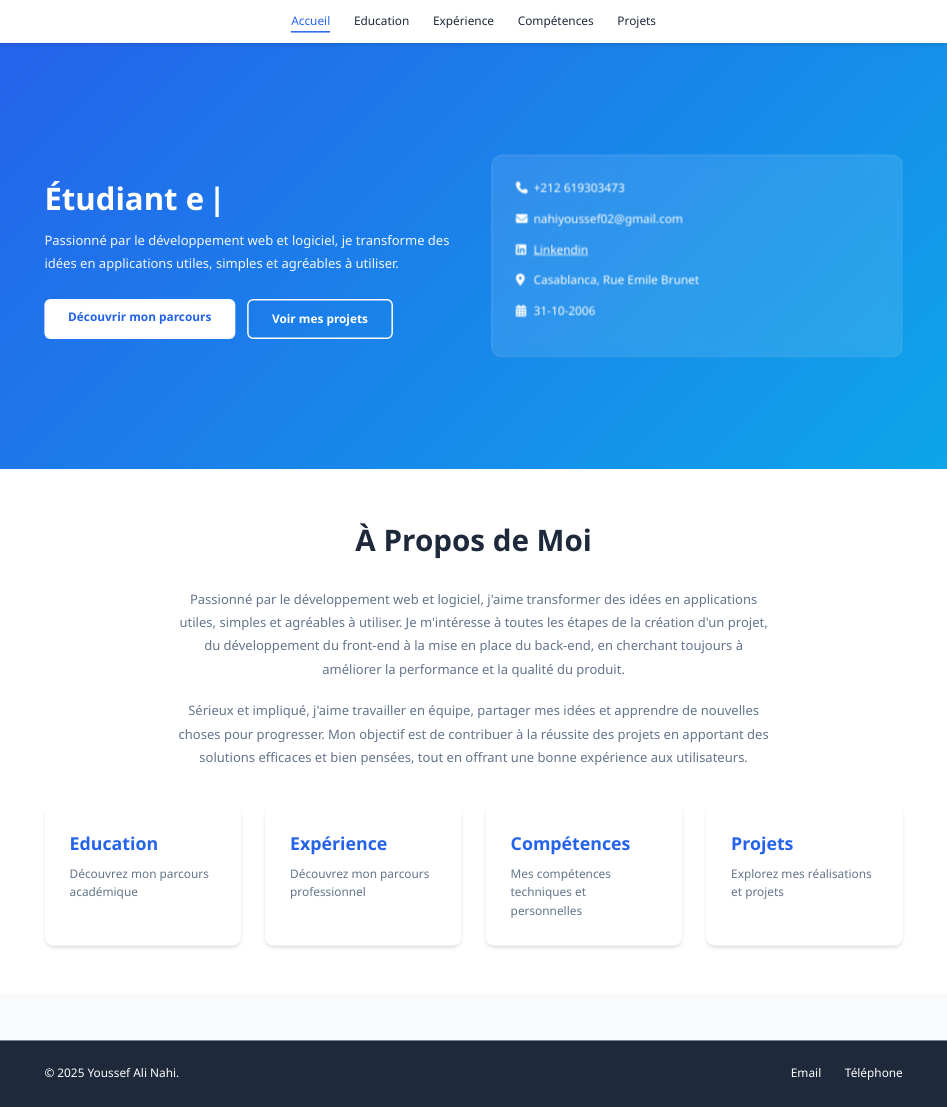
Repository: Youssef-Nahi504/My_Portfolio
Page: index.html
These files come from the project's save history. The page is drawn as it stood at one moment and after the next save; the edit follows.
The browser window is 1280 px wide. The pictures show the whole page, at 74% of full size.

Above is the page before, as saved 2025-12-21 14:37:39.

### index.html
<!DOCTYPE html>
<html lang="fr">

<head>
    <meta charset="UTF-8">
    <meta name="viewport" content="width=device-width, initial-scale=1.0">
    <title>Youssef Ali Nahi - Portfolio</title>
    <link rel="stylesheet" href="style.css">
    <link rel="stylesheet" href="https://cdnjs.cloudflare.com/ajax/libs/font-awesome/6.5.1/css/all.min.css">
</head>

<body>
    <nav class="navbar">
        <div class="nav-container">
            <ul class="nav-menu">
                <li><a href="index.html" class="active">Accueil</a></li>
                <li><a href="Education.html">Education</a></li>
                <li><a href="experience.html">Expérience</a></li>
                <li><a href="competences.html">Compétences</a></li>
                <li><a href="projets.html">Projets</a></li>
            </ul>
        </div>
    </nav>

    <main>
        <section class="hero">
            <div class="hero-content">
                <div class="hero-text">
                    <h1 id="typing-text"></h1>
                    <!-- <h1>Youssef Ali Nahi</h1>
                    <h2>Étudiant en BTS | Développeur Web & Logiciel</h2> -->
                    <p class="hero-subtitle">Passionné par le développement web et logiciel, je transforme des idées en
                        applications utiles, simples et agréables à utiliser.</p>
                    <div class="hero-buttons">
                        <a href="experience.html" class="btn btn-primary">Découvrir mon parcours</a>
                        <a href="projets.html" class="btn btn-secondary">Voir mes projets</a>
                    </div>
                </div>
                <div class="hero-image">
                    <div class="profile-card">
                        <div class="profile-info">
                            <p><i class="fa-solid fa-phone" style="width: 20px;"></i> +212 619303473</p>
                            <p> <i class="fa-solid fa-envelope" style="width: 20px;"></i> nahiyoussef02@gmail.com</p>
                            <p><i class="fa-brands fa-linkedin" style="width: 20px;"></i> <a href="https://www.linkedin.com/in/youssefalinahi02/" target="_blank" style="color: white;">Linkendin</a></p>
                            <p><i class="fa-solid fa-location-dot" style="width: 20px;"></i> Casablanca, Rue Emile Brunet</p>
                            <p><i class="fa-solid fa-calendar-days" style="width: 20px;"></i> 31-10-2006</p>

                        </div>
                    </div>
                </div>
            </div>
        </section>

        <section class="about">
            <div class="container">
                <h2 class="section-title">À Propos de Moi</h2>
                <div class="about-content">
                    <p>
                        Passionné par le développement web et logiciel, j'aime transformer des idées en applications
                        utiles, simples et agréables à utiliser. Je m'intéresse à toutes les étapes de la création d'un
                        projet, du développement du front-end à la mise en place du back-end, en cherchant toujours à
                        améliorer la performance et la qualité du produit.
                    </p>
                    <p>
                        Sérieux et impliqué, j'aime travailler en équipe, partager mes idées et apprendre de nouvelles
                        choses pour progresser. Mon objectif est de contribuer à la réussite des projets en apportant
                        des solutions efficaces et bien pensées, tout en offrant une bonne expérience aux utilisateurs.
                    </p>
                </div>
                <div class="quick-links">
                    <a href="Education.html" class="quick-link-card">
                        <h3>Education</h3>
                        <p>Découvrez mon parcours académique</p>
                    </a>

                    <a href="experience.html" class="quick-link-card">
                        <h3>Expérience</h3>
                        <p>Découvrez mon parcours professionnel</p>
                    </a>
                    <a href="competences.html" class="quick-link-card">
                        <h3>Compétences</h3>
                        <p>Mes compétences techniques et personnelles</p>
                    </a>
                    <a href="projets.html" class="quick-link-card">
                        <h3>Projets</h3>
                        <p>Explorez mes réalisations et projets</p>
                    </a>
                </div>
            </div>
        </section>
    </main>

    <footer>
        <div class="container">
            <p>&copy; 2025 Youssef Ali Nahi.</p>
            <div class="footer-links">
                <a href="mailto:nahiyoussef02@gmail.com">Email</a>
                <a href="tel:+212619303473">Téléphone</a>
            </div>
        </div>
    </footer>

    <script src="file.js"></script>
</body>

</html>

### style.css
* {
    margin: 0;
    padding: 0;
    box-sizing: border-box;
}

:root {
    --primary-color: #2563eb;
    --primary-dark: #1e40af;
    --secondary-color: #64748b;
    --accent-color: #0ea5e9;
    --text-dark: #1e293b;
    --text-light: #64748b;
    --bg-light: #f8fafc;
    --bg-white: #ffffff;
    --border-color: #e2e8f0;
    --shadow: 0 4px 6px -1px rgba(0, 0, 0, 0.1), 0 2px 4px -1px rgba(0, 0, 0, 0.06);
    --shadow-lg: 0 10px 15px -3px rgba(0, 0, 0, 0.1), 0 4px 6px -2px rgba(0, 0, 0, 0.05);
}

body {
    font-family: 'Segoe UI', Tahoma, Geneva, Verdana, sans-serif;
    line-height: 1.6;
    color: var(--text-dark);
    background-color: var(--bg-light);
}

.container {
    max-width: 1200px;
    margin: 0 auto;
    padding: 0 20px;
}

/* Navigation */
.navbar {
    background: var(--bg-white);
    box-shadow: var(--shadow);
    position: sticky;
    top: 0;
    z-index: 1000;
    padding: 1rem 0;
}

.nav-container {
    max-width: 1200px;
    margin: 0 auto;
    padding: 0 20px;
    display: flex;
  justify-content: center; /* horizontal */
  align-items: center;
}

.logo {
    font-size: 1.5rem;
    font-weight: bold;
    color: var(--primary-color);
    letter-spacing: 2px;
}

.nav-menu {
    display: flex;
    list-style: none;
    gap: 2rem;
}

.nav-menu a {
    text-decoration: none;
    color: var(--text-dark);
    font-weight: 500;
    transition: color 0.3s ease;
    position: relative;
}

.nav-menu a:hover,
.nav-menu a.active {
    color: var(--primary-color);
}

.nav-menu a.active::after {
    content: '';
    position: absolute;
    bottom: -5px;
    left: 0;
    width: 100%;
    height: 2px;
    background: var(--primary-color);
}

.hamburger {
    display: none;
    flex-direction: column;
    cursor: pointer;
    gap: 4px;
}

.hamburger span {
    width: 25px;
    height: 3px;
    background: var(--text-dark);
    transition: all 0.3s ease;
}

/* Hero Section */
.hero {
    background: linear-gradient(135deg, var(--primary-color) 0%, var(--accent-color) 100%);
    color: white;
    padding: 4rem 0;
    min-height: 80vh;
    display: flex;
    align-items: center;
}

.hero-content {
    max-width: 1200px;
    margin: 0 auto;
    padding: 0 20px;
    display: grid;
    grid-template-columns: 1fr 1fr;
    gap: 3rem;
    align-items: center;
}

#typing-text {
  font-size: 42px;
  font-weight: 700;
  color: #ffffff;
  min-height: 60px;
}

#typing-text::after {
  content: "|";
  margin-left: 6px;
  animation: blink 1s infinite;
}

@keyframes blink {
  0%, 50%, 100% { opacity: 1; }
  25%, 75% { opacity: 0; }
}

.hero-text h1 {
    font-size: 3rem;
    margin-bottom: 0.5rem;
    font-weight: 700;
}

.hero-text h2 {
    font-size: 1.5rem;
    margin-bottom: 1.5rem;
    opacity: 0.9;
    font-weight: 400;
}

.hero-subtitle {
    font-size: 1.1rem;
    margin-bottom: 2rem;
    opacity: 0.95;
    line-height: 1.8;
}

.hero-buttons {
    display: flex;
    gap: 1rem;
    flex-wrap: wrap;
}

.btn {
    padding: 0.75rem 2rem;
    border-radius: 8px;
    text-decoration: none;
    font-weight: 600;
    transition: all 0.3s ease;
    display: inline-block;
}

.btn-primary {
    background: white;
    color: var(--primary-color);
}

.btn-primary:hover {
    transform: translateY(-2px);
    box-shadow: var(--shadow-lg);
}

.btn-secondary {
    background: transparent;
    color: white;
    border: 2px solid white;
}

.btn-secondary:hover {
    background: white;
    color: var(--primary-color);
}

.profile-card {
    background: rgba(255, 255, 255, 0.1);
    backdrop-filter: blur(10px);
    border-radius: 16px;
    padding: 2rem;
    border: 1px solid rgba(255, 255, 255, 0.2);
}

.profile-info p {
    margin-bottom: 1rem;
    font-size: 1rem;
}

.profile-info strong {
    display: inline-block;
    width: 150px;
}

/* About Section */
.about {
    padding: 4rem 0;
    background: var(--bg-white);
}

.section-title {
    font-size: 2.5rem;
    margin-bottom: 2rem;
    text-align: center;
    color: var(--text-dark);
}

.about-content {
    max-width: 800px;
    margin: 0 auto 3rem;
    text-align: center;
}

.about-content p {
    font-size: 1.1rem;
    color: var(--text-light);
    margin-bottom: 1.5rem;
    line-height: 1.8;
}

.quick-links {
    display: grid;
    grid-template-columns: repeat(auto-fit, minmax(250px, 1fr));
    gap: 2rem;
    margin-top: 3rem;
}

.quick-link-card {
    background: var(--bg-white);
    padding: 2rem;
    border-radius: 12px;
    text-decoration: none;
    color: var(--text-dark);
    box-shadow: var(--shadow);
    transition: all 0.3s ease;
    border: 2px solid transparent;
}

.quick-link-card:hover {
    transform: translateY(-5px);
    box-shadow: var(--shadow-lg);
    border-color: var(--primary-color);
}

.quick-link-card h3 {
    color: var(--primary-color);
    margin-bottom: 0.5rem;
    font-size: 1.5rem;
}

.quick-link-card p {
    color: var(--text-light);
}

/* Page Header */
.page-header {
    background: linear-gradient(135deg, var(--primary-color) 0%, var(--accent-color) 100%);
    color: white;
    padding: 3rem 0;
    text-align: center;
}

.page-header h1 {
    font-size: 3rem;
    margin-bottom: 0.5rem;
}

.page-header p {
    font-size: 1.2rem;
    opacity: 0.9;
}

/* Experience Section */
.experience-section {
    padding: 4rem 0;
    background: var(--bg-white);
}

.timeline {
    position: relative;
    max-width: 900px;
    margin: 0 auto;
    padding: 2rem 0;
}

.timeline::before {
    content: '';
    position: absolute;
    left: 30px;
    top: 0;
    bottom: 0;
    width: 2px;
    background: var(--border-color);
}

.timeline-item {
    position: relative;
    margin-bottom: 3rem;
    padding-left: 80px;
}

.timeline-marker {
    position: absolute;
    left: 22px;
    top: 0;
    width: 16px;
    height: 16px;
    border-radius: 50%;
    background: var(--primary-color);
    border: 4px solid var(--bg-white);
    box-shadow: var(--shadow);
}

.timeline-content {
    background: var(--bg-white);
    padding: 2rem;
    border-radius: 12px;
    box-shadow: var(--shadow);
    transition: all 0.3s ease;
}

.timeline-content:hover {
    box-shadow: var(--shadow-lg);
    transform: translateX(5px);
}

.timeline-date {
    color: var(--primary-color);
    font-weight: 600;
    margin-bottom: 0.5rem;
    font-size: 0.9rem;
}

.timeline-content h3 {
    color: var(--text-dark);
    margin-bottom: 0.25rem;
    font-size: 1.5rem;
}

.timeline-content h4 {
    color: var(--text-light);
    margin-bottom: 1rem;
    font-weight: 500;
}

.timeline-content ul {
    list-style: none;
    padding-left: 0;
}

.timeline-content li {
    padding-left: 1.5rem;
    position: relative;
    margin-bottom: 0.5rem;
    color: var(--text-light);
}

.timeline-content li::before {
    content: '▸';
    position: absolute;
    left: 0;
    color: var(--primary-color);
}

/* Education Section */
.education-section {
    padding: 4rem 0;
    background: var(--bg-light);
}

.education-grid {
    display: grid;
    grid-template-columns: repeat(auto-fit, minmax(300px, 1fr));
    gap: 2rem;
    max-width: 900px;
    margin: 0 auto;
}

.education-card {
    background: var(--bg-white);
    padding: 2rem;
    border-radius: 12px;
    box-shadow: var(--shadow);
    transition: all 0.3s ease;
    border-top: 4px solid var(--primary-color);
}

.education-card:hover {
    transform: translateY(-5px);
    box-shadow: var(--shadow-lg);
}

.education-year {
    color: var(--primary-color);
    font-weight: 600;
    margin-bottom: 1rem;
    font-size: 0.9rem;
}

.education-card h3 {
    color: var(--text-dark);
    margin-bottom: 0.5rem;
    font-size: 1.3rem;
}

.education-card h4 {
    color: var(--text-light);
    margin-bottom: 1rem;
    font-weight: 500;
}

.education-institution {
    color: var(--text-light);
    font-style: italic;
}

/* Skills Section */
.skills-section {
    padding: 4rem 0;
    background: var(--bg-white);
}

.skills-category {
    margin-bottom: 4rem;
}

.category-title {
    font-size: 2rem;
    margin-bottom: 2rem;
    color: var(--text-dark);
    text-align: center;
}

.skills-grid {
    display: grid;
    grid-template-columns: repeat(auto-fit, minmax(250px, 1fr));
    gap: 2rem;
}

.skill-group {
    background: var(--bg-light);
    padding: 1.5rem;
    border-radius: 12px;
    border-top: 4px solid var(--primary-color);
}

.skill-group h3 {
    color: var(--text-dark);
    margin-bottom: 1rem;
    font-size: 1.2rem;
}

.skill-tags {
    display: flex;
    flex-wrap: wrap;
    gap: 0.5rem;
}

.skill-tag {
    background: transparent;
    color: var(--text-light);
    padding: 0;
    border-radius: 0;
    font-size: 1rem;
    font-weight: 500;
}

.soft-skills-grid {
    display: grid;
    grid-template-columns: repeat(auto-fit, minmax(200px, 1fr));
    gap: 1.5rem;
}

.soft-skill-card {
    background: linear-gradient(135deg, var(--primary-color) 0%, var(--accent-color) 100%);
    color: white;
    padding: 2rem;
    border-radius: 12px;
    text-align: center;
    transition: all 0.3s ease;
}

.soft-skill-card:hover {
    transform: translateY(-5px);
    box-shadow: var(--shadow-lg);
}

.soft-skill-card h3 {
    font-size: 1.2rem;
}

.languages-grid,
.interests-grid {
    display: grid;
    grid-template-columns: repeat(auto-fit, minmax(200px, 1fr));
    gap: 1.5rem;
}

.language-card,
.interest-card {
    background: var(--bg-white);
    padding: 2rem;
    border-radius: 12px;
    box-shadow: var(--shadow);
    text-align: center;
    transition: all 0.3s ease;
    border-top: 4px solid var(--primary-color);
}

.language-card:hover,
.interest-card:hover {
    transform: translateY(-5px);
    box-shadow: var(--shadow-lg);
}

.language-card h3,
.interest-card h3 {
    color: var(--text-dark);
    margin-bottom: 0.5rem;
    font-size: 1.3rem;
}

.language-card p {
    color: var(--text-light);
    font-weight: 500;
}

/* Projects Section */
.projects-section {
    padding: 4rem 0;
    background: var(--bg-white);
}

.projects-grid {
    display: grid;
    grid-template-columns: repeat(auto-fit, minmax(300px, 1fr));
    gap: 2rem;
}

.project-card {
    background: var(--bg-white);
    padding: 2rem;
    border-radius: 12px;
    box-shadow: var(--shadow);
    transition: all 0.3s ease;
    border-top: 4px solid var(--primary-color);
    position: relative;
}

.project-badge {
    position: absolute;
    top: 1rem;
    right: 1rem;
    background: linear-gradient(135deg, var(--primary-color) 0%, var(--accent-color) 100%);
    color: white;
    padding: 0.4rem 0.8rem;
    border-radius: 20px;
    font-size: 0.75rem;
    font-weight: 600;
    text-transform: uppercase;
    letter-spacing: 0.5px;
}

.project-card:hover {
    transform: translateY(-5px);
    box-shadow: var(--shadow-lg);
}

.project-icon {
    font-size: 3rem;
    margin-bottom: 1rem;
}

.project-card h3 {
    color: var(--text-dark);
    margin-bottom: 0.75rem;
    font-size: 1.4rem;
}

.project-tech {
    color: var(--primary-color);
    font-weight: 600;
    margin-bottom: 1rem;
    font-size: 0.9rem;
}

.project-description {
    color: var(--text-light);
    line-height: 1.7;
}

/* Footer */
footer {
    background: var(--text-dark);
    color: white;
    padding: 2rem 0;
    margin-top: 4rem;
}

footer .container {
    display: flex;
    justify-content: space-between;
    align-items: center;
    flex-wrap: wrap;
    gap: 1rem;
}

.footer-links {
    display: flex;
    gap: 2rem;
}

.footer-links a {
    color: white;
    text-decoration: none;
    transition: color 0.3s ease;
}

.footer-links a:hover {
    color: var(--accent-color);
}

/* Responsive Design */
@media (max-width: 768px) {
    .hamburger {
        display: flex;
    }

    .nav-menu {
        position: fixed;
        left: -100%;
        top: 70px;
        flex-direction: column;
        background: var(--bg-white);
        width: 100%;
        text-align: center;
        transition: 0.3s;
        box-shadow: var(--shadow);
        padding: 2rem 0;
        gap: 0;
    }

    .nav-menu.active {
        left: 0;
    }

    .nav-menu li {
        margin: 1rem 0;
    }

    .hero-content {
        grid-template-columns: 1fr;
        text-align: center;
    }

    .hero-text h1 {
        font-size: 2rem;
    }

    .hero-text h2 {
        font-size: 1.2rem;
    }

    .section-title {
        font-size: 2rem;
    }

    .page-header h1 {
        font-size: 2rem;
    }

    .timeline::before {
        left: 15px;
    }

    .timeline-item {
        padding-left: 50px;
    }

    .timeline-marker {
        left: 7px;
    }

    .quick-links {
        grid-template-columns: 1fr;
    }

    footer .container {
        flex-direction: column;
        text-align: center;
    }
}

@media (max-width: 480px) {
    .hero {
        padding: 2rem 0;
        min-height: auto;
    }

    .hero-text h1 {
        font-size: 1.5rem;
    }

    .btn {
        padding: 0.6rem 1.5rem;
        font-size: 0.9rem;
    }

    .projects-grid,
    .education-grid {
        grid-template-columns: 1fr;
    }
}

### file.js
// Mobile Navigation Toggle
const hamburger = document.querySelector('.hamburger');
const navMenu = document.querySelector('.nav-menu');

if (hamburger && navMenu) {
    hamburger.addEventListener('click', () => {
        navMenu.classList.toggle('active');

        // Animate hamburger
        const spans = hamburger.querySelectorAll('span');
        if (navMenu.classList.contains('active')) {
            spans[0].style.transform = 'rotate(45deg) translate(5px, 5px)';
            spans[1].style.opacity = '0';
            spans[2].style.transform = 'rotate(-45deg) translate(7px, -6px)';
        } else {
            spans[0].style.transform = 'none';
            spans[1].style.opacity = '1';
            spans[2].style.transform = 'none';
        }
    });

    // Close menu when clicking on a link
    document.querySelectorAll('.nav-menu a').forEach(link => {
        link.addEventListener('click', () => {
            navMenu.classList.remove('active');
            const spans = hamburger.querySelectorAll('span');
            spans[0].style.transform = 'none';
            spans[1].style.opacity = '1';
            spans[2].style.transform = 'none';
        });
    });

    // Close menu when clicking outside
    document.addEventListener('click', (e) => {
        if (!hamburger.contains(e.target) && !navMenu.contains(e.target)) {
            navMenu.classList.remove('active');
            const spans = hamburger.querySelectorAll('span');
            spans[0].style.transform = 'none';
            spans[1].style.opacity = '1';
            spans[2].style.transform = 'none';
        }
    });
}

// Smooth scroll for anchor links
document.querySelectorAll('a[href^="#"]').forEach(anchor => {
    anchor.addEventListener('click', function (e) {
        e.preventDefault();
        const target = document.querySelector(this.getAttribute('href'));
        if (target) {
            target.scrollIntoView({
                behavior: 'smooth',
                block: 'start'
            });
        }
    });
});

// Add scroll animation
const observerOptions = {
    threshold: 0.1,
    rootMargin: '0px 0px -50px 0px'
};

const observer = new IntersectionObserver((entries) => {
    entries.forEach(entry => {
        if (entry.isIntersecting) {
            entry.target.style.opacity = '1';
            entry.target.style.transform = 'translateY(0)';
        }
    });
}, observerOptions);

// Observe elements for animation
document.addEventListener('DOMContentLoaded', () => {
    const animateElements = document.querySelectorAll('.project-card, .education-card, .timeline-item, .skill-group, .soft-skill-card, .language-card, .interest-card, .quick-link-card');

    animateElements.forEach(el => {
        el.style.opacity = '0';
        el.style.transform = 'translateY(20px)';
        el.style.transition = 'opacity 0.6s ease, transform 0.6s ease';
        observer.observe(el);
    });
});

// Add active page highlighting
document.addEventListener('DOMContentLoaded', () => {
    const currentPage = window.location.pathname.split('/').pop() || 'index.html';
    const navLinks = document.querySelectorAll('.nav-menu a');

    navLinks.forEach(link => {
        const linkPage = link.getAttribute('href');
        if (linkPage === currentPage || (currentPage === '' && linkPage === 'index.html')) {
            link.classList.add('active');
        } else {
            link.classList.remove('active');
        }
    });
});

const texts = [
  "Youssef Ali Nahi",
  "Étudiant en BTS",
  "Développeur Web & Logiciel"
];

let textIndex = 0;
let charIndex = 0;
let isDeleting = false;

const typingElement = document.getElementById("typing-text");

function typeEffect() {
  const currentText = texts[textIndex];

  if (!isDeleting) {
    typingElement.textContent = currentText.substring(0, charIndex + 1);
    charIndex++;

    if (charIndex === currentText.length) {
      setTimeout(() => isDeleting = true, 1200);
    }
  } else {
    typingElement.textContent = currentText.substring(0, charIndex - 1);
    charIndex--;

    if (charIndex === 0) {
      isDeleting = false;
      textIndex = (textIndex + 1) % texts.length;
    }
  }

  setTimeout(typeEffect, isDeleting ? 50 : 100);
}

typeEffect();

After the next save:
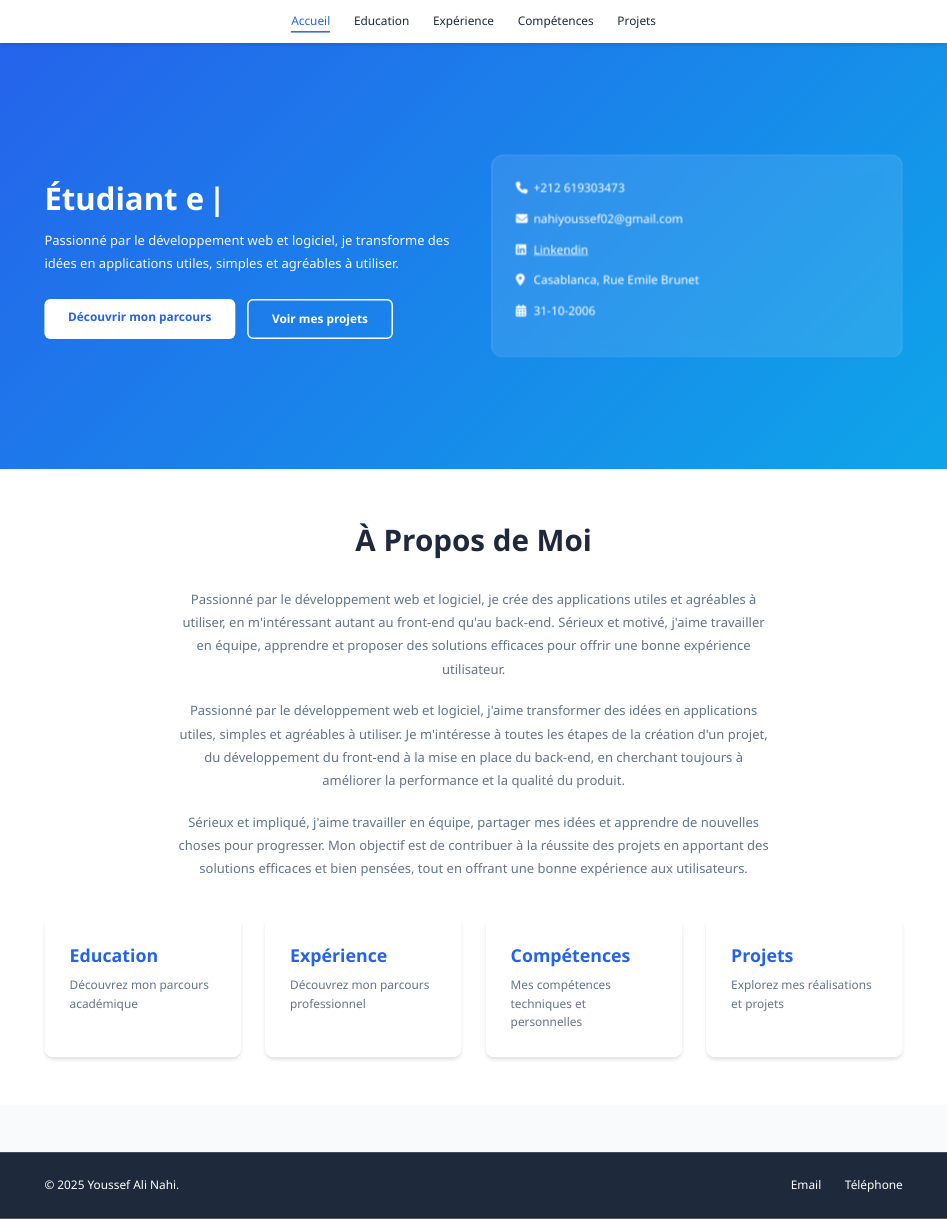
Saved 2 h 13 min later.
--- a/index.html
+++ b/index.html
@@ -55,6 +55,7 @@
             <div class="container">
                 <h2 class="section-title">À Propos de Moi</h2>
                 <div class="about-content">
+                    <p>Passionné par le développement web et logiciel, je crée des applications utiles et agréables à utiliser, en m'intéressant autant au front-end qu'au back-end. Sérieux et motivé, j'aime travailler en équipe, apprendre et proposer des solutions efficaces pour offrir une bonne expérience utilisateur.</p>
                     <p>
                         Passionné par le développement web et logiciel, j'aime transformer des idées en applications
                         utiles, simples et agréables à utiliser. Je m'intéresse à toutes les étapes de la création d'un
